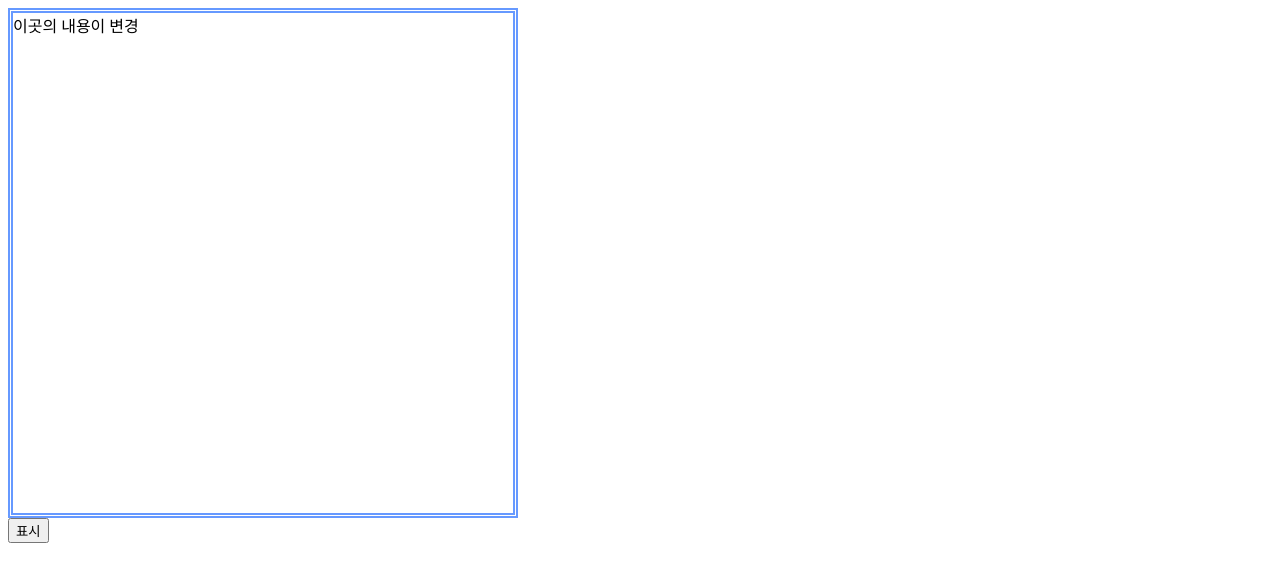
Repository: Tak-kuen/18-2
Page: http://localhost/studyjsp/ajax/jQTest.jsp
The author's editor kept a copy of each file at every save. The page is drawn from the files as they stood at one save, then again after the next save.
The browser window is 1280 px wide. The pictures show the whole page.
The page is served by Tomcat 9.

Above is the page before, as saved 2018-10-18 01:39:41.

After the next save:
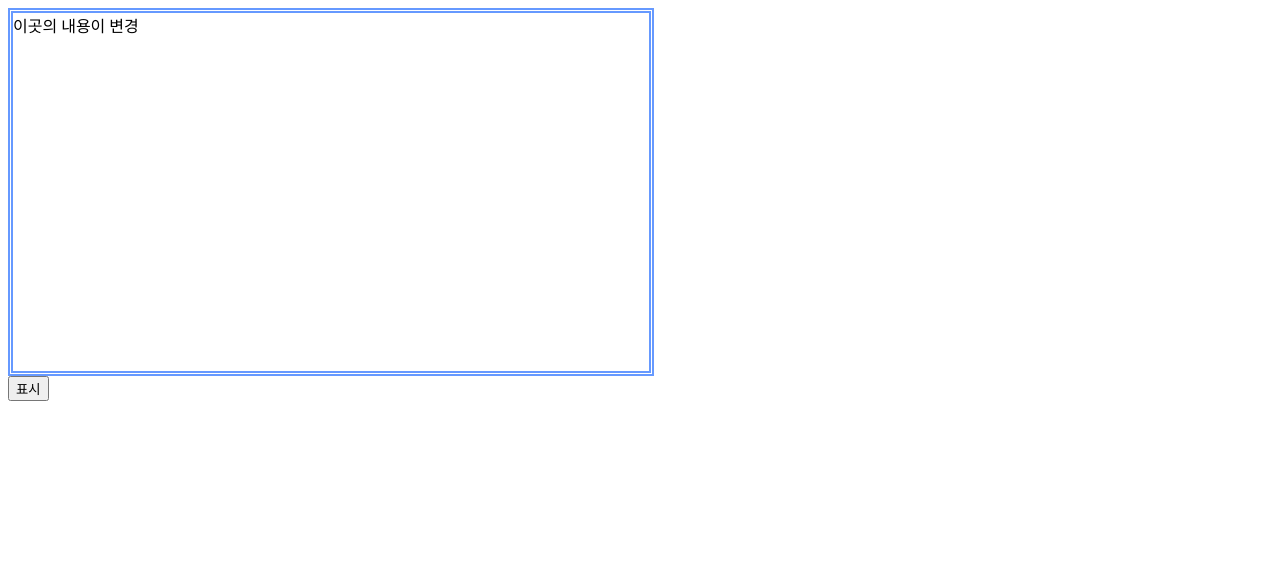
Saved 22 s later.
--- a/code/studyjsp/WebContent/ajax/jQTest.jsp
+++ b/code/studyjsp/WebContent/ajax/jQTest.jsp
@@ -7,8 +7,8 @@
 <title>jQuery Test</title>
 <style type="text/css">
 	div#displayArea {
-		width:500px;
-		height:500px;
+		width:636px;
+		height:358px;
 		border: 5px double #6699FF;
 	}
 </style>
